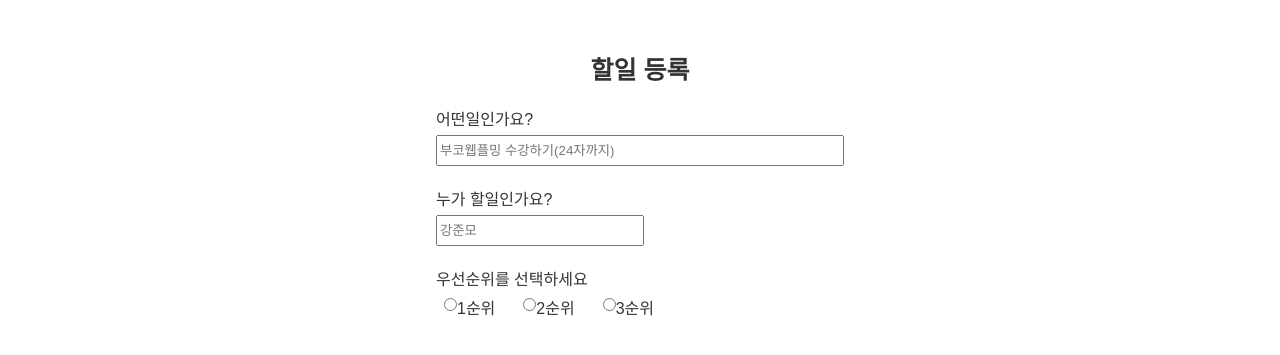
Repository: JmKanmo/BoostCourse_WebProgramming
Page: http://localhost/Todo/TodoFormServlet
An editor plug-in stored every save of this project. The page is shown before and after the next save, followed by the edit.
The browser window is 1280 px wide. The pictures show the whole page.
The page is served by Tomcat 9. Other server files are loaded and not shown.

Above is the page before, as saved 2020-01-21 00:06:04.

### Todo/src/main/webapp/todoForm.jsp
<%@ page language="java" contentType="text/html; charset=UTF-8"
	pageEncoding="UTF-8"%>
<!DOCTYPE html>
<html>
<head>
<meta charset="UTF-8">
<title>Insert title here</title>
<link rel="stylesheet" href="./css/todoForm.css">
</head>

<body>
	<div class="wrap">
		<form action="">
			<h1 class="title">할일 등록</h1>

			<div class="work_box">
				<label for="work">어떤일인가요?</label> <input type="text" id="work"
					class="workInput" placeholder="부코웹플밍 수강하기(24자까지)" required />
			</div>

			<div class="who_box">
				<label for="who">누가 할일인가요?</label> <input type="text" id="who"
					class="whoInput" placeholder="강준모" required />
			</div>

			<div class="priority_box clear_fix">
				<label for="priority_1th">우선순위를 선택하세요</label>

				<div class="priority clear_fix">
					<input type="radio" id="priority_1th" name="priority" value="1th">
					<label for="priority_1th">1순위</label>
				</div>

				<div class="priority clear_fix">
					<input type="radio" id="priority_2th" name="priority" value="2th">
					<label for="priority_2th">2순위</label>
				</div>

				<div class="priority clear_fix">
					<input type="radio" id="priority_3th" name="priority" value="3th">
					<label for="priority_3th">3순위</label>
				</div>
			</div>


		</form>
	</div>
</body>
</html>

### Todo/src/main/java/Todo/TodoFormServlet.java
package Todo;

import java.io.IOException;

import javax.servlet.RequestDispatcher;
import javax.servlet.ServletException;
import javax.servlet.annotation.WebServlet;
import javax.servlet.http.HttpServlet;
import javax.servlet.http.HttpServletRequest;
import javax.servlet.http.HttpServletResponse;

/**
 * Servlet implementation class TodoFormServlet
 */
@WebServlet("/TodoFormServlet")
public class TodoFormServlet extends HttpServlet {
	private static final long serialVersionUID = 1L;

	/**
	 * @see HttpServlet#HttpServlet()
	 */
	public TodoFormServlet() {
		super();
		// TODO Auto-generated constructor stub
	}

	/**
	 * @see HttpServlet#doGet(HttpServletRequest request, HttpServletResponse
	 *      response)
	 */
	protected void doGet(HttpServletRequest request, HttpServletResponse response)
			throws ServletException, IOException {
		// TODO Auto-generated method stub
		RequestDispatcher requestDispatcher = getServletContext().getRequestDispatcher("/todoForm.jsp");
		requestDispatcher.forward(request, response);
	}

}

### Todo/src/main/webapp/css/todoForm.css
@charset "utf-8";

/* 초기화 */
html, body, h1, h2, h3, ul, ol, p, a, dl, dt, dd, figure {
	margin: 0;
	padding: 0;
	font-family: '나눔 고딕', NanumGothic, '돋움', Dotum, sans-serif;
	list-style: none;
	font-weight: normal;
	text-decoration: none;
	outline: none;
	color: #333;
}

.clear_fix::after {
	display: block;
	content: "";
	clear: both;
}

.blind {
	position: absolute;
	clip: rect(0, 0, 0, 0);
	width: 1px;
	height: 1px;
	margin: -1px;
	overflow: hidden;
}

.wrap {
	width: max-content;
	margin: 50px auto;
}

.wrap .title {
	font-size: 25px;
	text-align: center;
	font-weight: bold;
	text-align: center;
}

.work_box, .who_box, .priority_box {
	margin-top: 20px;
}

.work_box input {
	width: 400px;
	height: 25px;
	margin-top: 5px;
}

.wrap label {
	display: block;
}

.who_box input {
	margin-top: 5px; height : 25px;
	width: 200px;
	height: 25px;
}

.priority_box .priority {
	margin-top: 5px;
	float: left;
}

.priority label, .priority input {
	float: left;
}

.priority input{
	position:relative;
	left:3px;
}

.priority:nth-child(n+3) {
	margin-left: 20px;
}

After the next save:
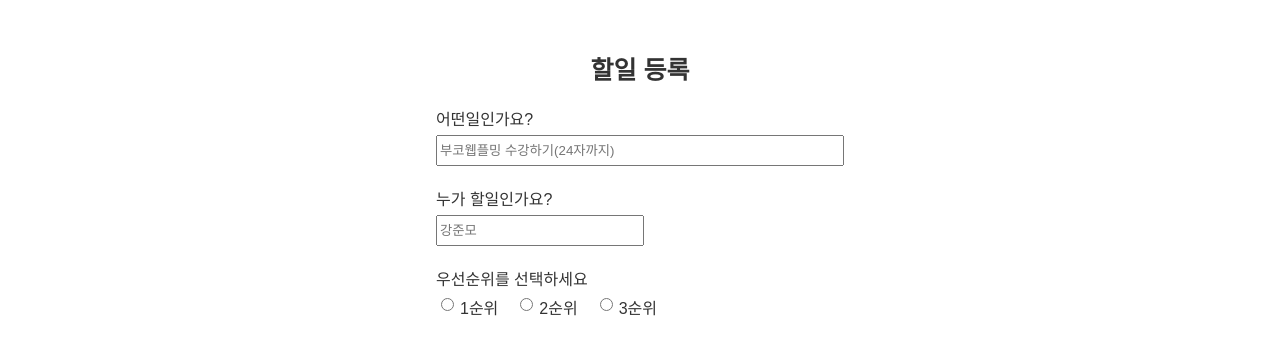
Saved 12 s later.
--- a/Todo/src/main/webapp/css/todoForm.css
+++ b/Todo/src/main/webapp/css/todoForm.css
@@ -68,7 +68,7 @@ html, body, h1, h2, h3, ul, ol, p, a, dl, dt, dd, figure {
 	float: left;
 }
 
-.priority input{
+.priority label{
 	position:relative;
 	left:3px;
 }
